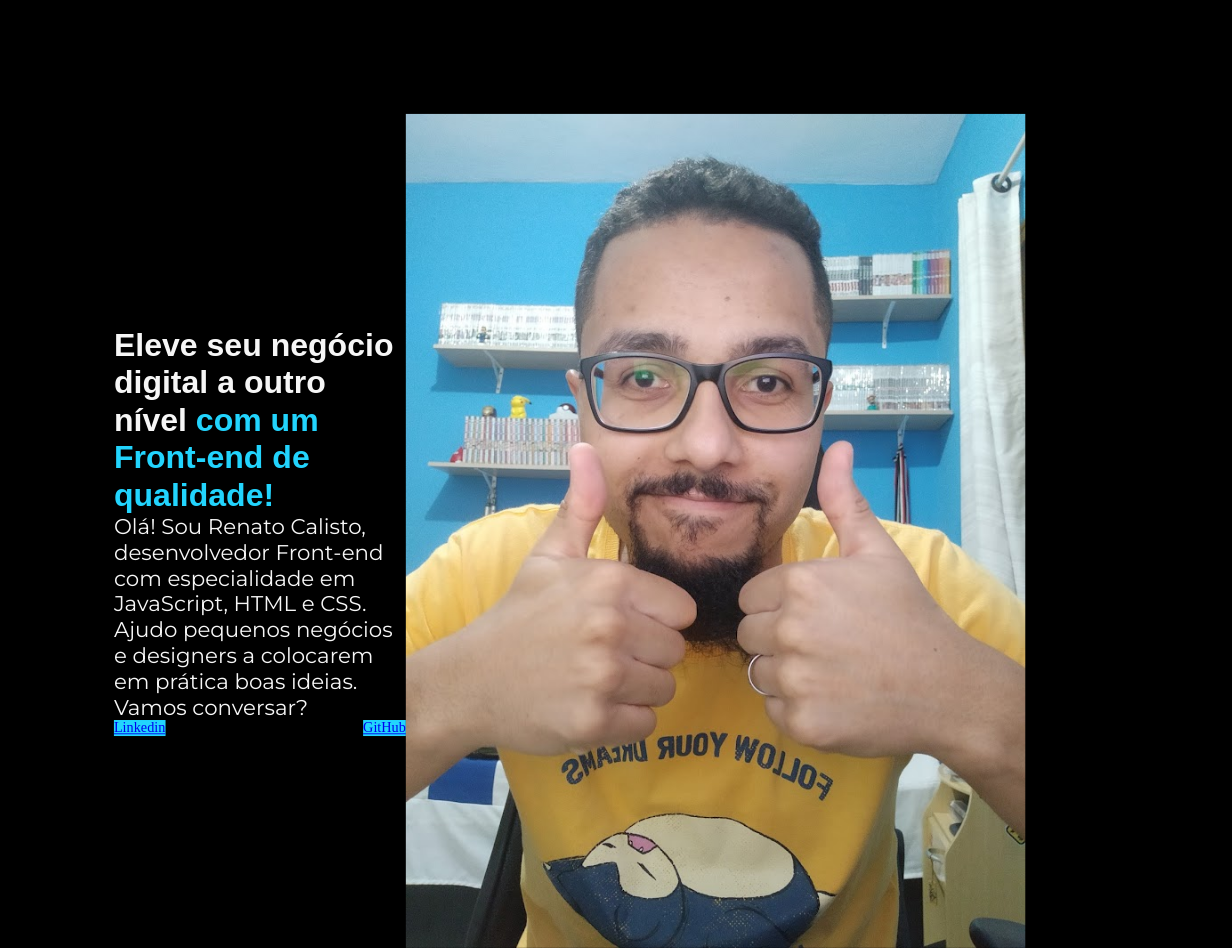
Repository: RenatoCCS/Portfolio_Alura
Page: index.html
These files come from the project's save history. The page is drawn as it stood at one moment and after the next save; the edit follows.
The browser window is 1280 px wide. The page is 1280 px wide, then 1384 px, so the pictures cover 1384 px, including what lies to the right of the window. The pictures show the whole page, at 89% of full size.
Some web fonts or font styles are not loaded; a fallback is used.

Above is the page before, as saved 2023-02-27 14:43:33.

### index.html
<!DOCTYPE html>
<html lang="pt-br">
  <head>
    <meta charset="UTF-8" />
    <meta http-equiv="X-UA-Compatible" content="IE=edge" />
    <meta name="viewport" content="width=device-width, initial-scale=1.0" />
    <title>Portfolio</title>
    <link rel="stylesheet" href="style.css" />
  </head>
  <body>
    <header></header>
    <main class="apresentacao">
      <section class="apresentacao__conteudo">
        <h1 class="apresentacao__conteudo__titulo">
          Eleve seu negócio digital a outro nível
          <strong class="titulo-destaque">
            com um Front-end de qualidade!
          </strong>
        </h1>
        <p class="apresentacao__conteudo__texto">
          Olá! Sou Renato Calisto, desenvolvedor Front-end com especialidade em
          JavaScript, HTML e CSS. Ajudo pequenos negócios e designers a
          colocarem em prática boas ideias. Vamos conversar?
        </p>
        <div class="apresentacao__links">
          <a
            class="aprentacao__links__link"
            href="https://www.linkedin.com/in/renatocalisto/"
            >Linkedin</a
          >
          <a class="aprentacao__links__link" href="https://github.com/RenatoCCS"
            >GitHub</a
          >
        </div>
      </section>
      <img
        src="renato.jpg"
        alt="Renato fazendo sinal de positivo com ambas as mãos"
      />
    </main>
    <footer></footer>
  </body>
</html>

### style.css
@import url('https://fonts.googleapis.com/css2?family=Krona+One&family=Montserrat&display=swap');

* {
  margin: 0;
  padding: 0;
}

body {
  height: 100vh;
  box-sizing: border-box;
  background-color: #000000;
  color: #f6f6f6;
}

.titulo-destaque {
  color: #22d4fd;
}

.apresentacao {
  margin: 10%;
  display: flex;
  align-items: center;
  justify-content: space-between;
}

.apresentacao__conteudo {
  width: 615px;
}

.apresentacao__conteudo__titulo {
  font-size: 36px;
  font-family: 'Krona One', sans-serif;
}

.apresentacao__conteudo__texto {
  font-size: 24px;
  font-family: 'Montserrat', sans-serif;
}

.apresentacao__links {
  display: flex;
  justify-content: space-between;
}

.aprentacao__links__link {
  background-color: #22d4fd;
}

After the next save:
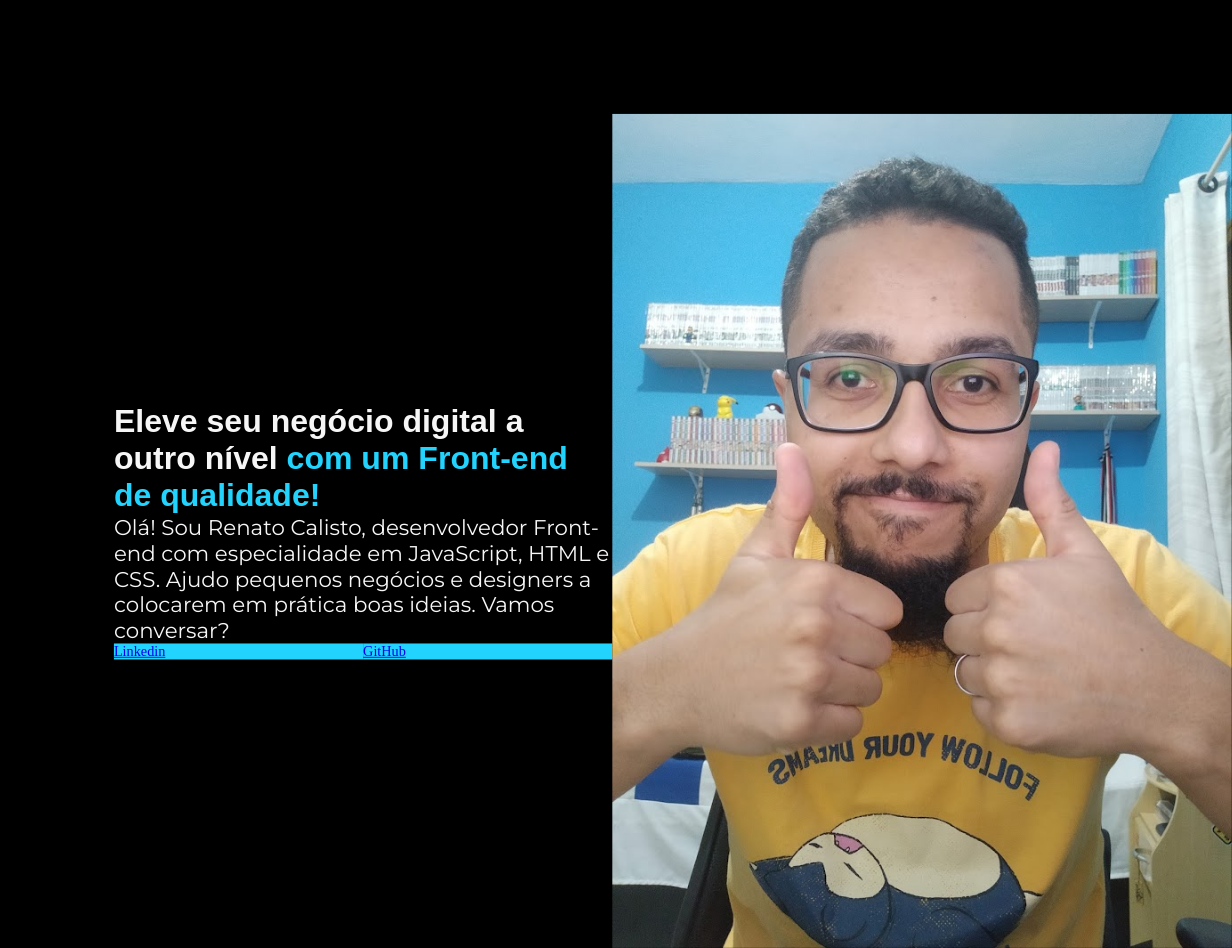
Saved 97 s later.
--- a/style.css
+++ b/style.css
@@ -44,4 +44,5 @@ body {
 
 .aprentacao__links__link {
   background-color: #22d4fd;
+  width: 280px;
 }
